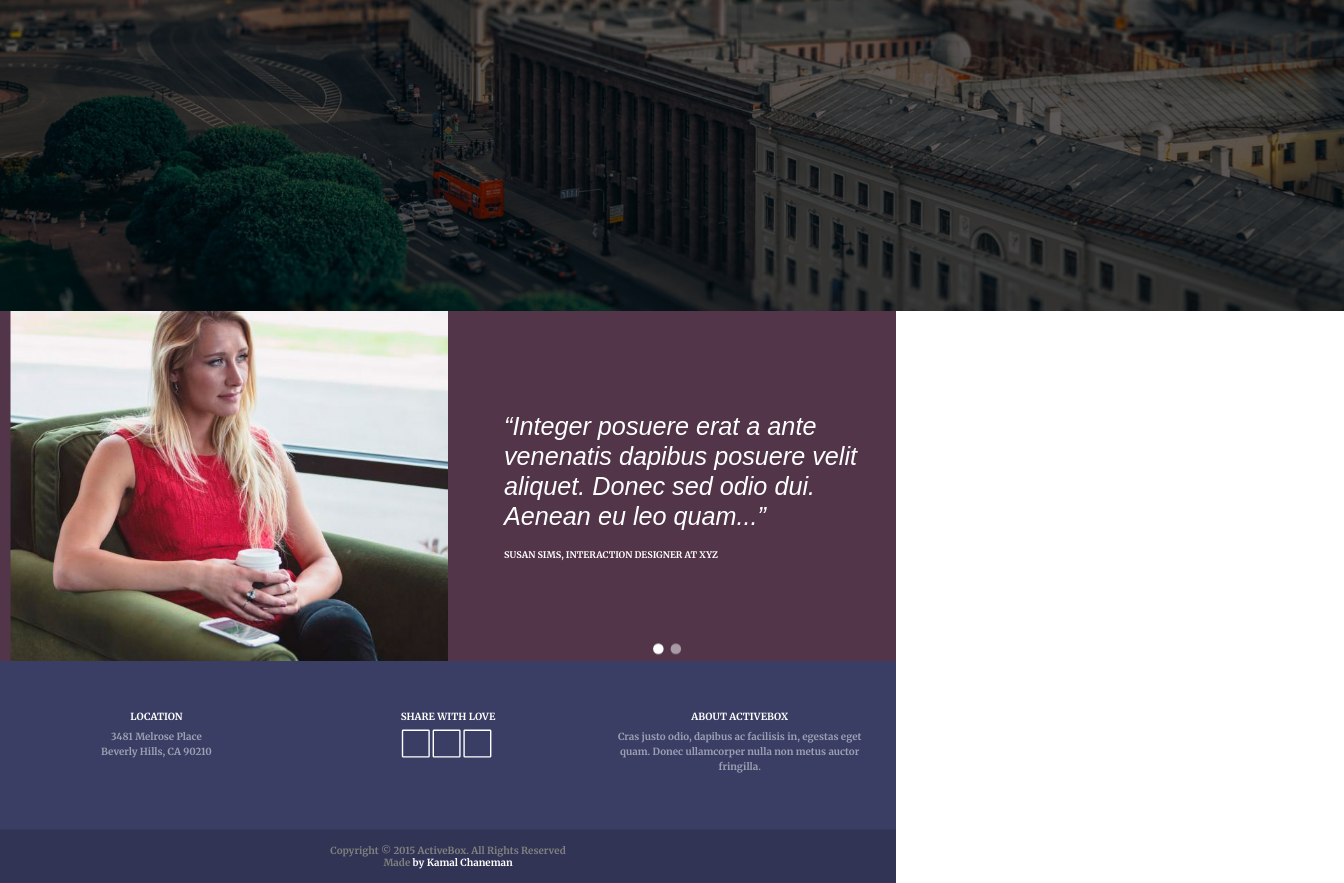
Repository: ZetsubouBilly/test
Page: index.html
An editor plug-in stored every save of this project. The page is shown before and after the next save, followed by the edit.
The browser window is 1280 px wide. The page is 1920 px wide, so the pictures cover 1920 px, including what lies to the right of the window. The pictures show the part of the page from y = 1005 to 2285 px (the page is 2267 px tall before and 2285 px after), at 70% of full size.

Above is the page before, as saved 2023-05-13 15:38:47.

### index.html
<!DOCTYPE html>
<html lang="ru">
<head>
    <meta charset="UTF-8">
    <meta name="viewport" content="width=device-width, initial-scale=1.0, minimum-scale=1.0, maximum-scale=1.0">  <link rel="preconnect" href="https://fonts.gstatic.com">
    <link rel="preconnect" href="https://fonts.googleapis.com">
    <link rel="preconnect" href="https://fonts.gstatic.com" crossorigin>
    <link href="https://fonts.googleapis.com/css2?family=Lato:wght@300;400;700&family=Merriweather:wght@700;900&display=swap" rel="stylesheet">
    <link rel="stylesheet" type="text/css" href="https://cdn.jsdelivr.net/npm/slick-carousel@1.8.1/slick/slick.css"/>
    <link rel="stylesheet" href="css/style.css">

   <meta name="description" content="Описание страницы">
   <meta name="google" content="notranslate" />
   <meta name="keywords" content="создаие сайтов, верстка сайтов" />

    <title>BuhOne</title>

    <script src="https://cdnjs.cloudflare.com/ajax/libs/jquery/3.5.1/jquery.min.js"></script>

</head>
<body>



<!-- Header -->

 <header class="header" id="header">

            <div class="header__inner">
                <div class="header__inner_l">
                    <div class="header__logo">
                        <img src="img/logo.png" alt="">
                        <p class="header__logo_name">BuhOne</p>
                    </div>
                </div>
                <div class="header__inner_r">
                    <div class="top-line">
                        <div class="top-line_info">
                            <img class="top-line_info_img" src="img/placeholder.png" alt="">
                            <p class="top-line_info_text">8 (111) 222-33-44</p>

                        </div>
                        <div class="top-line_info">
                            <img class="top-line_info_img" src="img/time.png" alt="">
                            <p class="top-line_info_text">Пн-Пт 10:00-18:00</p>

                        </div>
                        <div class="top-line_info">
                            <img class="top-line_info_img" src="img/Frame.png" alt="">
                            <p class="top-line_info_text">order@buhone.ru</p>

                        </div>
                        <div class="top-line_info">
                            <img class="top-line_info_img" src="img/placeholder.png" alt="">
                            <p class="top-line_info_text">Невский пр. 130</p>

                        </div>

                    </div>
                    <nav class="nav" id="nav">
                        <a class="nav__link" href="#" data-scroll="#features">Главная</a>
                        <a class="nav__link" href="#" data-scroll="#works">Услуги</a>
                        <a class="nav__link" href="#" data-scroll="#team">Кейсы</a>
                        <a class="nav__link" href="#" data-scroll="#reviews">О компании</a>
                        <a class="nav__link" href="#" data-scroll="#download">Контакты</a>
                    </nav>
                </div>




                <button class="burger" type="button" id="navToggle">
                    <span class="burger__item">Menu</span>
                </button>

            </div>

 </header>


 <!-- Intro -->

<div class="intro" id="intro">
    <div class="container">
        <div class="intro__inner">
             <h1 class="intro__title">Бухгалтерские услуги в Санкт-Петербурге</h1>

                 <a class="btn  btn--blue" href="">Наша презентация</a>
                 <div class="slider__controls">
                    <div class="slider__controls_dot"></div>
                    <div class="slider__controls_dot"></div>
                    <div class="slider__controls_dot active"></div>
                    <div class="slider__controls_dot"></div>
                 </div>

                 <div class="slider_btn">
                    <div class="slider__button slider__button-prev"></div>

                     <svg width="9" height="60" stroke='white' viewBox="0 0 9 15" fill="white" xmlns="http://www.w3.org/2000/svg">
                        <path d="M1.56397 7.49961L8.33822 0.725363C8.50482 0.558757 8.50482 0.29156 8.33822 0.124954C8.17161 -0.0416514 7.90442 -0.0416514 7.73781 0.124954L0.661789 7.20097C0.495183 7.36758 0.495183 7.63478 0.661789 7.80138L7.73781 14.8743C7.81954 14.956 7.92956 15 8.03644 15C8.14332 15 8.25334 14.9591 8.33508 14.8743C8.50168 14.7077 8.50168 14.4405 8.33508 14.2739L1.56397 7.49961Z" fill="white"/>
                        </svg>
                     <div class="slider__button slider__button-next active">

                     </div>
                     <svg width="67" height="60" stroke="white" viewBox="-33 -18 26 53" fill="none" xmlns="http://www.w3.org/2000/svg">
                        <path d="M7.43599 7.50039L0.661751 14.2746C0.495145 14.4412 0.495145 14.7084 0.661751 14.875C0.828356 15.0417 1.09555 15.0417 1.26216 14.875L8.33818 7.79903C8.50479 7.63242 8.50479 7.36522 8.33818 7.19862L1.26216 0.125741C1.18043 0.0440098 1.0704 6.46293e-07 0.963525 6.55637e-07C0.856646 6.6498e-07 0.746623 0.0408666 0.664892 0.125741C0.498287 0.292346 0.498287 0.559543 0.664892 0.726148L7.43599 7.50039Z" fill="white"></path>
                        </svg>
                 </div>

        </div>
    </div>
</div>

<div class="contact" id="">
    <div class="container">
        <div class="contact_all">
             <div class="contact_l">
                <h1 class="contact__title">Связь с нами</h1>
            </div>
            <div class="contact_r">

            </div>
        </div>


    </div>
</div>








<!-- Testimonials -->

<div class="reviews" id="reviews">
    <div class="container">

        <div class="reviews__slider" id="reviewsSlider">
            <div class="slick-item">
             <div class="reviews__item">
                 <div class="reviews__photo">
                     <img class="reviews__img" src="img/reviews/review-1.jpg" alt="">
                 </div>
                 <div class="reviews__content">
                        <div class="reviews__text">“Integer posuere erat a ante venenatis dapibus posuere velit aliquet. Donec sed odio dui. Aenean eu leo quam...”</div>
                       <div class="reviews__author">Susan Sims, Interaction Designer at XYZ</div>
                 </div>
                </div>
            </div>

                <div class="slick-item">
                <div class="reviews__item">
                    <div class="reviews__photo">
                        <img class="reviews__img" src="img/reviews/review-1.jpg" alt="">
                    </div>
                    <div class="reviews__content">
                           <div class="reviews__text">"Lorem ipsum dolor sit amet consectetur, adipisicing elit. Maiores, tempore velit, debitis quasi doloribus vero natus sint ratione temporibus fugiat voluptatum nesciunt modi. Adipisci aliquid voluptatem magni laborum, facilis nisi".</div>
                          <div class="reviews__author">Susan Sims, Interaction Designer at XYZ</div>
                    </div>
                   </div>
                </div>
            </div>
        </div>

    </div>
</div> <!-- /reviews -->





<!-- Footer -->


<footer class="footer">
    <div class="container">

        <div class="footer__inner">
            <div class="footer__block">
                <h4 class="footer__title">Location</h4>
                <address class="footer__adress"><div>3481 Melrose Place</div>
                    <div>Beverly Hills, CA 90210</div>
                </address>
            </div>

            <div class="footer__block">
                <h4 class="footer__title">Share with Love</h4>
                <div class="social  social--footer">
                    <a class="social__item" href="" target="_blank">
                        <svg class="social__icon">
                            <use xlink:href="#facebook"></use>
                        </svg>
                    </a>

                    <a class="social__item" href="" target="_blank">
                        <svg class="social__icon">
                            <use xlink:href="#twitter"></use>
                        </svg>
                    </a>

                    <a class="social__item" href="" target="_blank">
                        <svg class="social__icon">
                            <use xlink:href="#linkedin"></use>
                        </svg>
                    </a>


                </div>
            </div> <!-- /footer__block__social -->

            <div class="footer__block">
                <h4 class="footer__title">About ActiveBox</h4>
                <div class="footer__text"><p>Cras justo odio, dapibus ac facilisis in, egestas eget quam. Donec ullamcorper nulla non metus auctor fringilla.</p></div>
            </div>

        </div> <!-- /footer__inner -->

    </div> <!-- /container -->

    <div class="copyright">
        <div class="container">
          <div class="copyright__text"><div>Copyright © 2015 ActiveBox. All Rights Reserved</div>
           <div>Made  <span>by Kamal Chaneman</span></div>
        </div>
    </div>
</div>
</footer>


<!-- Javascript -->
<script  src="https://cdn.jsdelivr.net/npm/slick-carousel@1.8.1/slick/slick.min.js"></script>
<script src="js/app.js"></script>


</body>
</html>

### css/style.css
body {
  margin: 0;

  font-family: "Merriweather", sans-serif;
  font-size: 14px;
  color: #6c7279;
  -webkit-font-smoothing: antialiased;

  background-color: #fff;
}

*,
*:before,
*:after {
  box-sizing: border-box; /* алгоритм подсчета размеров с учетом padding и границ. */
}

h1,
h2,
h3,
h4,
h5,
h6 {
  margin: 0;
}

p {
  margin: 0 0 10px;
}

/* Container
==================== */

.container {
  width: 100%;
  max-width: 1920px;
  margin: 0 auto;
  padding: 0 15px;
}

/* Header
==================== */

.header {
  /* position: absolute; */
  width: 100%;
  height: 73px;
  height: 110px;
  /* left: 50%; */
  /* top: 6.52px; */
  /* margin-left: -560px; */
  background-color: #fff;
}

.header.fixed {
  height: auto;

  position: fixed; /* фиксируем шапку при скроле*/

  background-color: #fff;
}

.header.fixed .header__inner {
  padding-top: 15px;
  padding-bottom: 15px;

  border-bottom: 0;
}

.header__inner {
  display: flex;
  justify-content: space-around;
  align-items: center;
  max-width: 1116px;
  /* padding: 35px 0; */

  /* border-bottom: 1px solid #4d5066; */
  margin: 0 auto;
}
.header__inner_l {
  margin-right: 185px;
}
.header__inner_r {
  display: flex;
  flex-direction: column;
  width: 671px;
}

.header__logo {
  display: flex;
  align-items: flex-start;
  justify-content: space-between;
  max-width: 260px;
  padding-top: 33px;
}
.header__logo_name {
  font-size: 36px;
  margin-left: 30px;
  color: #005fa3;
}

/* Top-line
==================== */

.top-line {
  display: flex;
  padding: 23px 0px 0px 40px;
  justify-content: center;
  margin-bottom: 22px;
  width: 671px;
}
.top-line_info {
  display: flex;
  margin-right: 40px;
}
.top-line_info_img {
  margin-right: 15px;
  max-width: 23px;
  height: 17px;
}
.top-line_info_text {
  font-family: "Lato";
  font-style: normal;
  font-weight: 400;
  font-size: 13px;
  line-height: 17px;
  width: 110px;

  color: #000000;
}

/* Nav
==================== */

.nav {
  display: flex;
  font-size: 13px;
  font-weight: 700;
  text-transform: uppercase;
  width: 671px;
  justify-content: space-between;
  margin-bottom: 31px;
}

.nav__link {
  font-family: "Lato", sans-serif;
  font-style: normal;
  font-weight: 700;
  font-size: 14px;
  line-height: 17px;

  letter-spacing: 0.1em;
  text-transform: uppercase;

  color: #222222;
  text-decoration: none;
}
.nav__link:first-child {
  margin-left: 0;
}

.nav__link:hover {
  opacity: 1;
}

/* Intro
==================== */

.intro {
  /* position: absolute; */
  width: 1920px;
  height: 670px;
  /* left: 0px;
    top: 110px; */

  /* background-size: cover; */
  background: linear-gradient(0deg, rgba(0, 0, 0, 0.6), rgba(0, 0, 0, 0.6)),
    url("../img/Rectangle.png") no-repeat;
}

.intro__inner {
  width: 100%;
  max-width: 1920px;
  margin: 0 auto;
  text-align: center;
}

.intro__title {
  position: absolute;
  width: 589px;
  height: 117px;
  left: 405px;
  top: 280px;

  /* h1 */

  font-family: "Merriweather";
  font-style: normal;
  font-weight: 700;
  font-size: 48px;
  line-height: 66px;

  color: #ffffff;
}

.intro__subtitle {
  margin-bottom: 60px;
  font-size: 22px;
  color: #fff;
  line-height: 1.5;
  font-weight: 400;
}

/* Button
==================== */

.btn {
  display: inline-block;
  vertical-align: top;
  padding: 14px 40px;

  border-radius: 2px;
  border: 0;
  cursor: pointer;

  font-family: "Lato";
  font-style: normal;
  font-weight: 400;
  font-size: 15px;
  line-height: 25px;
  text-align: center;

  color: #fff;

  text-transform: uppercase;
  text-decoration: none;

  transition: background 0.1s linear;
}

.btn--blue {
  position: absolute;
  width: 270px;
  height: 60px;
  left: 405px;
  top: 477px;

  background: #005fa3;
}


/* Slider Controls
==================== */
.slider__controls {
  position: absolute;
  width: 160px;
  height: 10px;
  left: 405px;
  top: 657px;
  display: flex;
  justify-content: space-around;
}

.slider__controls_dot {
  /* position: absolute; */
  width: 10px;
  height: 10px;
  /* left: 555px; */
  /* top: 657px; */
  border-radius: 50%;

  background: #ffffff;
  opacity: 0.4;
}
.slider__controls_dot.active {
  opacity: 1;
}

.slider_btn {
  position: absolute;

  left: 1455px;
  top: 607px;
  display: flex;
}
.slider__button {
    position: relative;
  width: 60px;
  height: 60px;
  background-color: #fff;
  opacity: 0.2;
}
 svg {
    position: absolute;
    left: 23.58%;
    right: 23.58%;
    top: 0%;
    bottom: 0%;
    opacity: 1;
  }
.slider__button-prev {
    position: relative;
  /* background: #ffffff; */
  /* opacity: 0.2; */

}


.slider__button-next.active {
    position: relative;
  background: #ffffff;
  opacity: 0.4;
}
/* .slider__button-next img{
    position: absolute;
    left: 76.42%;
    right: -29.26%;
    top: 100%;
    bottom: -100%;

    transform: rotate(180deg);
} */

/* Cpntact
==================== */
.contact {
    position: relative;
    width: 1920px;
    height: 670px;
    /* left: 0px;
      top: 110px; */

    /* background-size: cover; */
    background: linear-gradient(0deg, rgba(0, 0, 0, 0.6), rgba(0, 0, 0, 0.6)),
      url("../img/Rectangle.png") no-repeat;
  }
.contact__title {
    position: absolute;
    width: 589px;
    height: 117px;
    left: 405px;
    top: 125px;

    /* h1 */

    font-family: "Merriweather";
    font-style: normal;
    font-weight: 700;
    font-size: 48px;
    line-height: 66px;

    color: #ffffff;
}

.features {
  display: flex;
  flex-wrap: wrap;
  margin: 95px 0;
}

.features__item {
  width: 33.33333%;
  padding: 0 40px;
  text-align: center;
  margin: 25px 0;
}

.features__icon {
  margin-bottom: 25px;
}

.features__title {
  margin-bottom: 20px;
  font-size: 14px;

  color: #2d3033;
  font-weight: 700;
  text-transform: uppercase;
}

.features__text {
  font-size: 14px;
  line-height: 1.5;
  color: #6c7279;
}

/* Works
===================*/

.works {
  display: flex;
  flex-wrap: wrap;
}

.works__item {
  width: 25%;
  height: 350px;
  border-bottom: 1px solid #fff;
  border-right: 1px solid #fff;

  position: relative;
  overflow: hidden;
}
.works__item:hover .works__content {
  opacity: 1;
}

.works__photo {
  min-width: 100%;
  position: absolute;
  top: 50%;
  left: 50%;
  z-index: 1;

  transform: translate3d(-50%, -50%, 0);
}

.works__content {
  display: flex;
  flex-direction: column;
  justify-content: center;
  width: 100%;
  height: 100%;
  opacity: 0;

  text-align: center;

  background-color: rgba(232, 69, 69, 0.9);

  position: absolute;
  top: 0;
  left: 0;
  z-index: 2;
  transition: opacity 0.2s linear;
}

.works__title {
  margin-bottom: 5px;

  font-size: 14px;
  font-weight: 700;
  color: #fff;
  text-transform: uppercase;
}

.works__text {
  font-size: 14px;
  color: #fff;
}

/* Team
==================*/

.team {
  margin: 100px 0;
}

.team__inner {
  display: flex;
  flex-wrap: wrap;
  margin: 0 -15px;
}

.team__item {
  width: 25%;
  padding: 0 15px;
  margin-bottom: 30px;
}

.team__photo {
  display: block;
  min-width: 100%;
  height: auto;
  margin-bottom: 20px;
}

.team__name {
  margin-bottom: 8px;

  font-size: 25px;
  color: #2d3033;
}

.team__prof {
  margin-bottom: 15px;

  font-size: 13px;
  color: #e84545;
  text-transform: uppercase;
}

.team__text {
  margin-bottom: 20px;

  font-size: 14px;
  line-height: 1.5;
  color: #6c7279;
}

/* Social
==================*/

.social {
  display: flex;
}

.social--footer {
  justify-content: center;
}

.social__item {
  display: flex;
  justify-content: center;
  align-items: center;
  width: 40px;
  height: 40px;
  margin-right: 4px;

  background-color: #fff;
  border: 1px solid #e8ecee;

  transition: background 0.1s linear;
}
.social__item:hover {
  background-color: #e8ecee;
}

.social__item:hover .social__icon {
  fill: #000;
}

.social--footer .social__item {
  background-color: transparent;
  border-width: 2px;
  border-color: #fff;
  border-radius: 2px;
}

.social--footer .social__item:hover {
  background-color: #fff;
}

.social__icon {
  display: block;
  height: 18px;
  fill: #c6cacc;

  transition: fill 0.1s linear;
}

.social--footer .social__icon {
  fill: #fff;
}

/* reviews
==================*/

.reviews {
  overflow: hidden;
  background-color: #53354a;
}

.reviews__slider {
  height: 500px;
  overflow: hidden;
}

.reviews__slider.slick-initialized {
  height: auto;
}

.reviews__item {
  display: flex;
  flex-wrap: wrap;
  overflow: hidden;
}

.reviews__photo {
  width: 50%;
  height: 500px;
  position: relative;
}

.reviews__img {
  position: absolute;
  top: 50%;
  right: 0;
  z-index: 1;

  transform: translateY(-50%);
}

.reviews__content {
  display: flex;
  flex-direction: column;
  justify-content: center;
  width: 50%;
  padding-left: 80px;
}

.reviews__text {
  margin-bottom: 25px;

  font-family: "Cardo", sans-serif;
  font-style: italic;
  font-size: 36px;
  line-height: 1.2;
  color: #fff;
}

.reviews__author {
  font-size: 13px;
  font-weight: 700;
  text-transform: uppercase;
  color: #fff;
}

.slick-dots {
  display: flex;
  justify-content: center;
  margin: 0;
  padding: 0 0 10px;
  list-style: none;
  width: 50%;

  position: absolute;
  bottom: 0;
  right: 0;
  z-index: 2;
}
.slick-dots li {
  margin: 0 5px;
}

.slick-dots button {
  width: 15px;
  height: 15px;
  padding: 0;

  background: #fff;
  border-radius: 50%;
  border: 0;
  opacity: 0.5;
  cursor: pointer;

  font-size: 0;
  color: transparent;
}

.slick-dots button:focus {
  outline: 0;
}

.slick-dots .slick-active button {
  opacity: 1;
}

/* Download
==================*/

.download {
  margin: 90px 0;

  text-align: center;
}

.download__title {
  margin-bottom: 10px;

  font-size: 28px;
  color: #2d3033;
  font-weight: 300;
}

.download__text {
  margin-bottom: 30px;

  font-size: 13px;
  color: #2d3033;
  font-weight: 700;

  text-transform: uppercase;
}

/* Features
==================== */

.footer {
  background-color: #3a3e64;
}

.footer__inner {
  padding: 70px 0;

  display: flex;
  flex-wrap: wrap;
}

.footer__block {
  width: 33.33333%;
  padding: 0 15px;

  text-align: center;
}

.footer__title {
  margin-bottom: 10px;

  font-size: 14px;
  font-weight: 700;
  color: #fff;
  text-transform: uppercase;
}

.footer__adress {
  font-size: 14px;
  line-height: 1.5;
  font-style: normal;
  color: rgba(255, 255, 255, 0.5);
}

.footer__text {
  font-size: 14px;
  line-height: 1.5;
  color: rgba(255, 255, 255, 0.5);
}

/* copyright
==================== */
.copyright {
  padding: 20px 0;
  background-color: #313454;
}

.copyright__text {
  text-align: center;
  font-size: 14px;
  color: #808080;
}

.copyright__text span {
  color: #fff;
}

/* Burger
==================== */
.burger {
  display: none;
  padding: 9px 2px;

  background: none;
  border: 0;
  cursor: pointer;
}

.burger__item {
  display: block;
  width: 30px;
  height: 3px;

  background-color: #fff;

  font-size: 0;
  color: transparent;

  position: relative;
}

.burger__item:before,
.burger__item:after {
  content: "";
  width: 100%;
  height: 100%;

  background-color: #fff;

  position: absolute;
  left: 0;
  z-index: 1;
}

.burger__item:before {
  top: -8px;
}

.burger__item:after {
  bottom: -8px;
}

/* Media
==================== */
@media (max-width: 1300px) {
  /* Works */
  .works__item {
    width: 50%;
  }
}

@media (max-width: 991px) {
  /* Nav  скрываем кнопки навигации при смене размера девайса*/
  .nav {
    display: none;
    flex-direction: column;
    background-color: #31344e;

    width: 100%;
    text-align: right;

    position: absolute;
    top: 100%;
    right: 0;
  }

  .nav.show {
    display: flex;
  }

  .nav__link {
    padding: 9px 15px;
  }

  /* Burger */
  .burger {
    display: block;
  }

  /* intro  меняем размер title под размер девайса*/
  .intro__title {
    font-size: 40px;
  }

  /* Features */
  .features__item {
    width: 50%;
  }

  /* Team */
  .team__item {
    width: 50%;

    text-align: center;
  }

  .team__photo {
    margin-left: auto;
    margin-right: auto;
  }

  /* Team */
  .social {
    justify-content: center;
  }

  /*Reviews */
  .reviews__photo {
    width: 100%;
    margin: 15px 0 40px;
    overflow: hidden;
  }

  .reviews__content {
    width: 100%;
    padding-left: 0;
    padding-bottom: 40px;
  }
}

@media (max-width: 767px) {
  .intro {
    height: auto;
    padding-top: 130px;
    padding-bottom: 30px;
  }

  .intro__title {
    font-size: 30px;
  }

  .intro__subtitle {
    margin-bottom: 30px;

    font-size: 16px;
  }

  /* Features */
  .features {
    margin: 40px 0;
  }

  .features__item {
    width: 100%;
    padding-left: 0;
    padding-right: 0;
  }

  /* Works */
  .works__item {
    width: 100%;
    height: 300px;
  }

  /* Team */
  .team {
    margin: 60px 0 30px;
  }
  .team__item {
    width: 100%;
  }

  /* Reviews */
  .reviews__text {
    font-size: 25px;
  }

  /* Btn */
  .btn--long {
    min-width: 260px;
  }

  /* Download */
  .download {
    margin: 50px 0;
  }

  .download__title {
    font-size: 24px;
  }

  /* Footer */
  .footer__inner {
    padding: 30px 0;
  }
  .footer__block {
    width: 100%;
    padding-left: 0;
    padding-right: 0;
    margin-bottom: 30px;
  }
  .footer__block:last-child {
    margin-bottom: 0;
  }
}

@media (max-width: 414px) {
  /*Reviews */
  .reviews__img {
    right: -100px;
  }
}

Loaded but not shown: js/app.js (82 lines, source omitted)

After the next save:
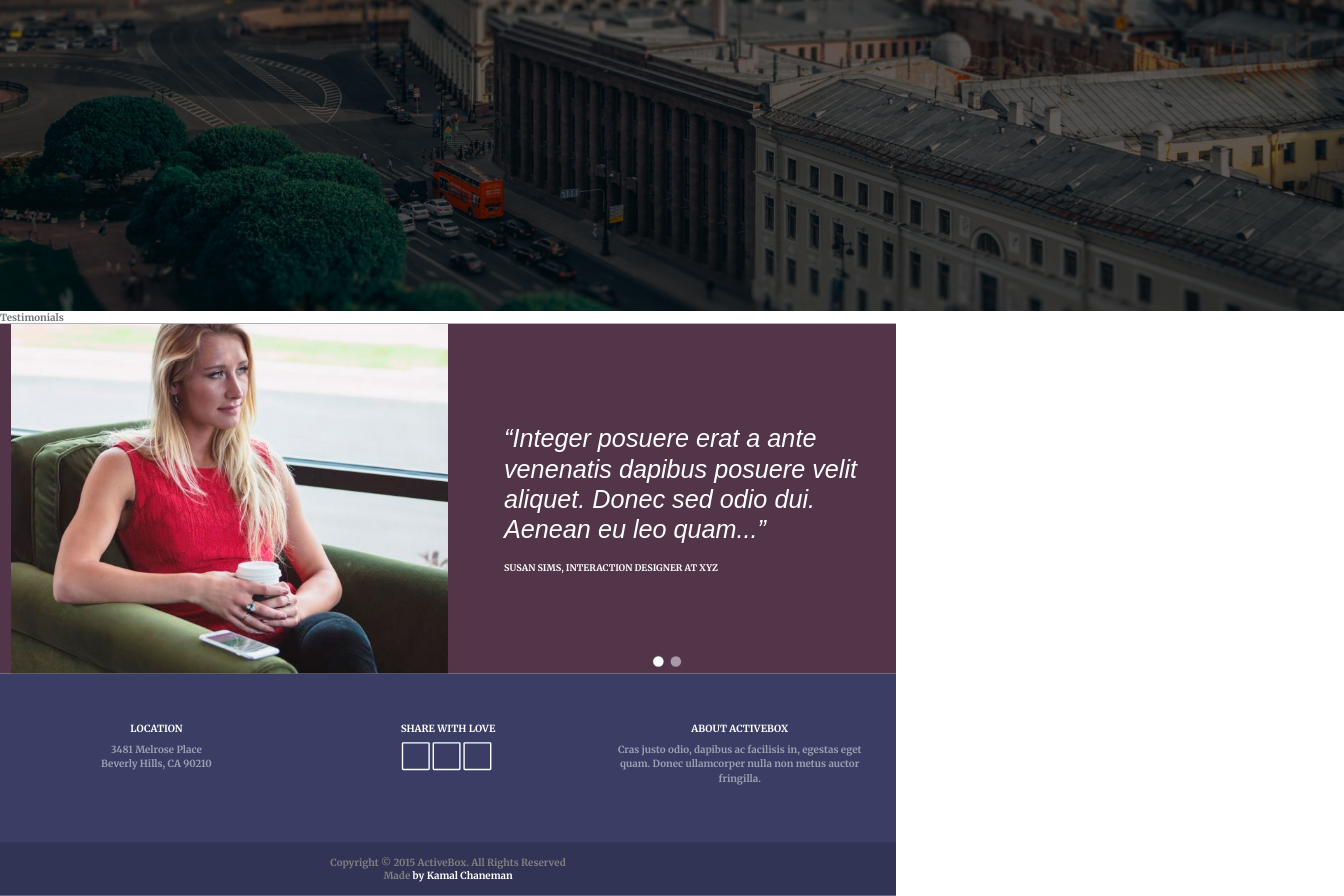
Saved 19 s later.
--- a/index.html
+++ b/index.html
@@ -133,7 +133,7 @@
 
 
 
-<!-- Testimonials -->
+Testimonials
 
 <div class="reviews" id="reviews">
     <div class="container">
